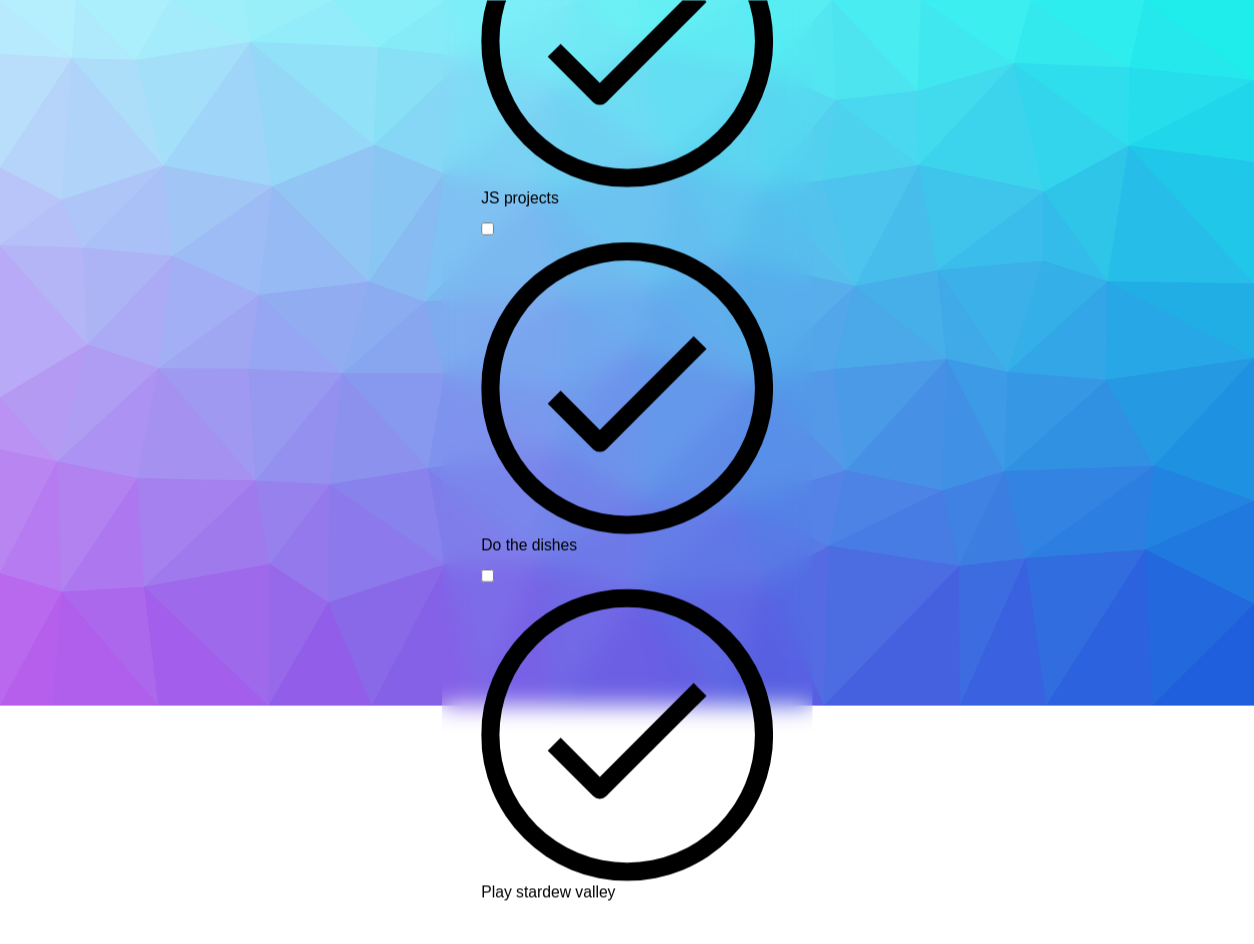
Repository: milkybeargeek/JavaScript-Projects
Page: Duzit/src/index.html
These files come from the project's save history. The page is drawn as it stood at one moment and after the next save; the edit follows.
The browser window is 1280 px wide. The pictures show the whole page, at 98% of full size.
Some web fonts or font styles are not loaded; a fallback is used.

Above is the page before, as saved 2025-02-13 21:53:55.

### Duzit/src/index.html
<!doctype html>
<html>

<head>
    <meta charset="UTF-8">
    <meta name="viewport" content="width=device-width, initial-scale=1.0">
    <link href="./style.css" rel="stylesheet">
    <title>Duzit</title>

</head>

<body
    class=" bg-[url('../bg-poly.png')] bg-cover bg-center bg-fix bg-no-repeat flex flex-col p-4 items-center justify-center h-screen">
    <h1 class="text-5xl mt-24 mb-5 font-extrabold uppercase text-center">Duzit</h1>
    <div
        class="wrapper w-3xl max-w-full rounded-xl backdrop-filter backdrop-blur-md bg-opacity-0 border-3 border-gray-100/50  flex flex-col gap-3 p-10">
        <form class="flex flex-row gap-x-6 gap-y-2">
            <input id="todo-input" type="text" placeholder="Add a new task" autocomplete="off"
                class="border-2 border-gray-100/50  rounded-xl p-2 w-full h-fit box-border font-black text-sm focus:ring-2 focus:outline-none focus:ring-blue-400 dark:focus:ring-blue-200">
            <button id="add-todo"
                class="text-black bg-gradient-to-tl from-blue-800 to-blue-400 hover:bg-gradient-to-br focus:ring-3 focus:outline-none focus:ring-blue-200 dark:focus:ring-blue-200 font-bold rounded-xl text-sm px-5 py-2.5 text-center me-2 mb-2">Add</button>
        </form>
        <ul id="todo-list" class="flex flex-col gap-2">
            <li class="todo-item">
                <input type="checkbox" id="todo-1">
                <label class="custom-checkbox shrink-0" for="todo-1">
                    <svg xmlns="http://www.w3.org/2000/svg" viewBox="0 0 32 32">
                        <g data-name="60-Check">
                            <path
                                d="M16 0a16 16 0 1 0 16 16A16 16 0 0 0 16 0zm0 30a14 14 0 1 1 14-14 14 14 0 0 1-14 14z" />
                            <path d="m13 20.59-4.29-4.3-1.42 1.42 5 5a1 1 0 0 0 1.41 0l11-11-1.41-1.41z" />
                        </g>
                    </svg>
                </label>
                <label for="todo-1" class="todo-text">JS projects
                </label>
                <button class="delete-todo">
                    <svg xmlns="http://www.w3.org/2000/svg" viewBox="0 0 24 24">
                        <path
                            d="M5.755 20.283 4 8h16l-1.755 12.283A2 2 0 0 1 16.265 22h-8.53a2 2 0 0 1-1.98-1.717zM21 4h-5V3a1 1 0 0 0-1-1H9a1 1 0 0 0-1 1v1H3a1 1 0 0 0 0 2h18a1 1 0 0 0 0-2z" />
                    </svg>
                </button>
            </li>
            <li class="todo-item">
                <input type="checkbox" id="todo-2">
                <label class="custom-checkbox shrink-0" for="todo-2">
                    <svg xmlns="http://www.w3.org/2000/svg" viewBox="0 0 32 32">
                        <g data-name="60-Check">
                            <path
                                d="M16 0a16 16 0 1 0 16 16A16 16 0 0 0 16 0zm0 30a14 14 0 1 1 14-14 14 14 0 0 1-14 14z" />
                            <path d="m13 20.59-4.29-4.3-1.42 1.42 5 5a1 1 0 0 0 1.41 0l11-11-1.41-1.41z" />
                        </g>
                    </svg>
                </label>
                <label for="todo-2" class="todo-text">Do the dishes
                </label>
                <button class="delete-todo">
                    <svg xmlns="http://www.w3.org/2000/svg" viewBox="0 0 24 24">
                        <path
                            d="M5.755 20.283 4 8h16l-1.755 12.283A2 2 0 0 1 16.265 22h-8.53a2 2 0 0 1-1.98-1.717zM21 4h-5V3a1 1 0 0 0-1-1H9a1 1 0 0 0-1 1v1H3a1 1 0 0 0 0 2h18a1 1 0 0 0 0-2z" />
                    </svg>
                </button>
            </li>
            <li class="todo-item">
                <input type="checkbox" id="todo-3">
                <label class=" custom-checkbox shrink-0" for="todo-3">
                    <svg xmlns="http://www.w3.org/2000/svg" viewBox="0 0 32 32">
                        <g data-name="60-Check">
                            <path
                                d="M16 0a16 16 0 1 0 16 16A16 16 0 0 0 16 0zm0 30a14 14 0 1 1 14-14 14 14 0 0 1-14 14z" />
                            <path d="m13 20.59-4.29-4.3-1.42 1.42 5 5a1 1 0 0 0 1.41 0l11-11-1.41-1.41z" />
                        </g>
                    </svg>
                </label>
                <label for="todo-3" class="todo-text">Play stardew valley
                </label>
                <button class="delete-todo">
                    <svg xmlns="http://www.w3.org/2000/svg" viewBox="0 0 24 24">
                        <path
                            d="M5.755 20.283 4 8h16l-1.755 12.283A2 2 0 0 1 16.265 22h-8.53a2 2 0 0 1-1.98-1.717zM21 4h-5V3a1 1 0 0 0-1-1H9a1 1 0 0 0-1 1v1H3a1 1 0 0 0 0 2h18a1 1 0 0 0 0-2z" />
                    </svg>
                </button>
            </li>
        </ul>
    </div>
</body>

</html>

Loaded but not shown: Duzit/src/style.css (3326 lines, source omitted)

After the next save:
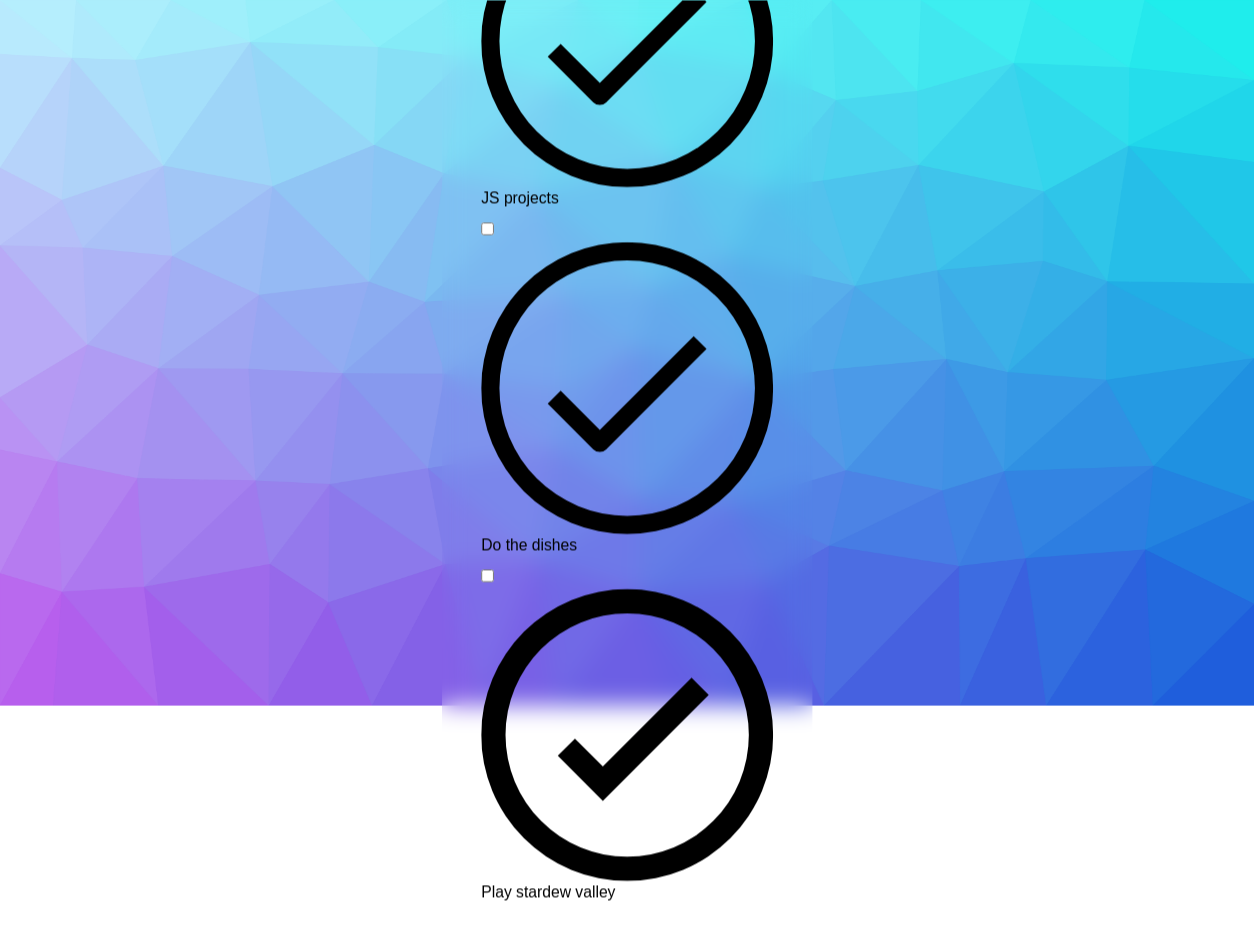
Saved 43 s later.
--- a/Duzit/src/index.html
+++ b/Duzit/src/index.html
@@ -64,11 +64,11 @@
             <li class="todo-item">
                 <input type="checkbox" id="todo-3">
                 <label class=" custom-checkbox shrink-0" for="todo-3">
-                    <svg xmlns="http://www.w3.org/2000/svg" viewBox="0 0 32 32">
-                        <g data-name="60-Check">
+                    <svg xmlns="http://www.w3.org/2000/svg" viewBox="0 0 24 24">
+                        <g data-name="4.Check mark">
                             <path
-                                d="M16 0a16 16 0 1 0 16 16A16 16 0 0 0 16 0zm0 30a14 14 0 1 1 14-14 14 14 0 0 1-14 14z" />
-                            <path d="m13 20.59-4.29-4.3-1.42 1.42 5 5a1 1 0 0 0 1.41 0l11-11-1.41-1.41z" />
+                                d="M12 24a12 12 0 1 1 12-12 12.013 12.013 0 0 1-12 12zm0-22a10 10 0 1 0 10 10A10.011 10.011 0 0 0 12 2z" />
+                            <path d="m10 17.414-3.707-3.707 1.414-1.414L10 14.586l7.293-7.293 1.414 1.414L10 17.414z" />
                         </g>
                     </svg>
                 </label>
